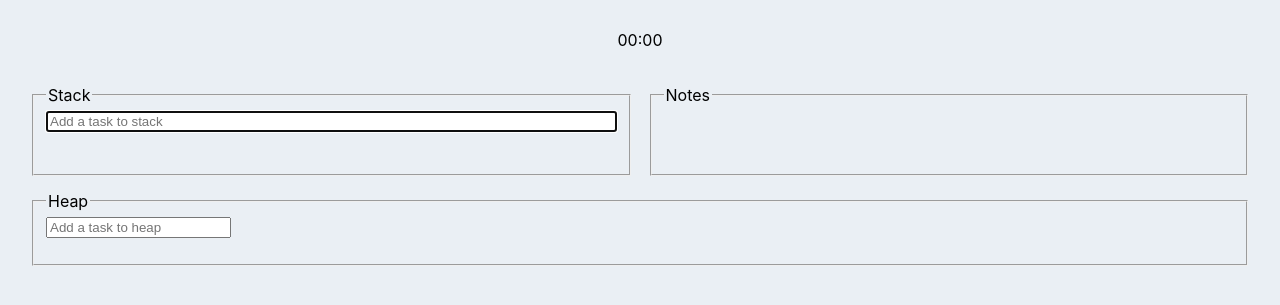
Repository: litalsh/Meeting-Managment-App
Page: /
An editor plug-in stored every save of this project. The page is shown before and after the next save, followed by the edit.
The browser window is 1280 px wide. The pictures show the whole page.
The project was rebuilt for these pictures with package versions that can differ from the ones it lists, and the page was loaded fresh each time. Also part of the build but not shown: src/components/Task/Task.css, src/components/Task/Task.js.

Above is the page before, as saved 2021-01-10 15:26:13.

After the next save:
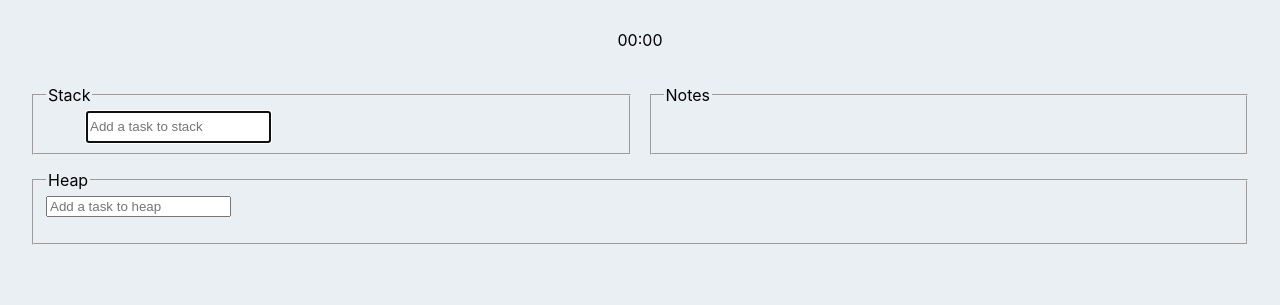
Saved 9 s later.
--- a/src/components/Stack/Stack.css
+++ b/src/components/Stack/Stack.css
@@ -1,5 +1,4 @@
 .stack-container {
   grid-column: 1/4;
   display: flex;
-  flex-direction: column-reverse;
 }
